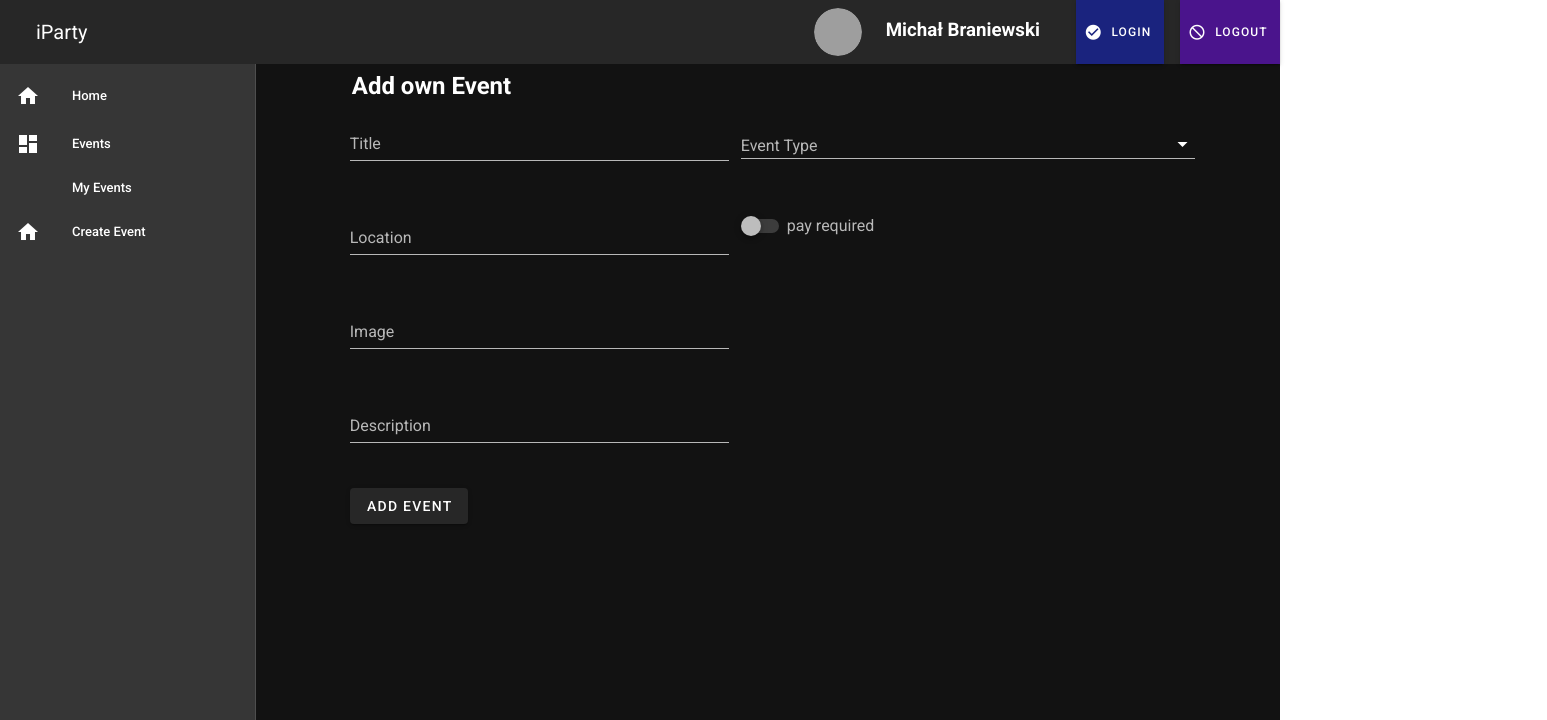
Repository: hexanek/partyapp
Page: /#/addevent
These files come from the project's save history. The page is drawn as it stood at one moment and after the next save; the edit follows.
The browser window is 1280 px wide. The page is 1547 px wide, so the pictures cover 1547 px, including what lies to the right of the window. The pictures show the whole page.
Pictures or frames that could not be fetched are drawn as grey boxes. The project was rebuilt for these pictures with package versions that can differ from the ones it lists, and the page was loaded fresh each time. Also part of the build but not shown: vue.config.js, src/components/Popup.vue, src/components/Gmap.vue, src/components/Home.vue.

Above is the page before, as saved 2020-01-26 15:57:41.

### public/index.html
<!DOCTYPE html>
<html lang="en">
  <head>
    <meta charset="utf-8">
    <meta http-equiv="X-UA-Compatible" content="IE=edge">
    <meta name="viewport" content="width=device-width,initial-scale=1.0">
    <link rel="icon" href="<%= BASE_URL %>favicon.ico">
    <title>party-app</title>
    <link rel="stylesheet" href="https://fonts.googleapis.com/css?family=Roboto:100,300,400,500,700,900">
    <link rel="stylesheet" href="https://cdn.jsdelivr.net/npm/@mdi/font@latest/css/materialdesignicons.min.css">
  </head>
  <body>
    <noscript>
      <strong>We're sorry but party-app doesn't work properly without JavaScript enabled. Please enable it to continue.</strong>
    </noscript>
    <div id="app"></div>
    <!-- built files will be auto injected -->
  </body>
</html>

### src/main.js
import Vue from 'vue'
import App from './App.vue'
import vuetify from './plugins/vuetify';
import store from './store'
import router from './router'

Vue.config.productionTip = false

new Vue({
  vuetify,
  store,
  router,
  render: h => h(App)
}).$mount('#app')

### src/App.vue
<template>
  <v-app>
    <navbar>
    </navbar>
    <Footer>
    </Footer>
    <router-view></router-view>
  </v-app>
</template>

<script>
import Navbar from "./components/Navbar";
import Footer from "./components/Footer";


export default {
  name: "App",

  components: {
    Navbar,
    Footer,
  },

  data: () => ({
    //
  }),
  methods: {}
};
</script>

### src/plugins/vuetify.js
import Vue from "vue";
import Vuetify from "vuetify/lib";
import VueRouter from "vue-router";
import * as VueGoogleMaps from "vue2-google-maps";

Vue.use(Vuetify);
Vue.use(VueRouter);
Vue.use(VueGoogleMaps, {
  load: {
    key: "AIzaSyB6QzBesMB_MjqmuZF1p7hpCl8gg4kMEy8",
    libraries: "places"
  }
});

export default new Vuetify({
  theme: {
    dark: true
  }
});

### src/router/index.js
import Vue from "vue";
import VueRouter from "vue-router";
import EventForm from "../components/Event/EventForm.vue";
import Home from "../components/Home.vue";

Vue.use(VueRouter);

const routes = [
  {
    path: "/",
    name: "home",
    component: Home
  },
  {
    path: "/addevent",
    name: "AddEvent",
    component: EventForm

    // route level code-splitting
    // this generates a separate chunk (about.[hash].js) for this route
    // which is lazy-loaded when the route is visited.
    //component: () => import(/* webpackChunkName: "about" */ '../views/About.vue')
  }
];

const router = new VueRouter({
  routes
});
export default router;

### src/components/Navbar.vue
<template>
    <div>
        <v-navigation-drawer
      v-model="drawer"
      app
      clipped
    >
      <v-list dense>
         <v-list-item link>
          <v-list-item-action>
            <v-icon>mdi-home</v-icon>
          </v-list-item-action>
          <v-list-item-content>
            <v-list-item-title>
              <router-link to="/" tag="span">Home</router-link></v-list-item-title>
          </v-list-item-content>
          </v-list-item>
        <v-list-item link>
          <v-list-item-action>
            <v-icon>mdi-view-dashboard</v-icon>
          </v-list-item-action>
          <v-list-item-content>
            <v-list-item-title>Events</v-list-item-title>
          </v-list-item-content>
        </v-list-item>
        <v-list-item link>
          <v-list-item-action>
            <v-icon>mdi-settings</v-icon>
          </v-list-item-action>
          <v-list-item-content>
            <v-list-item-title>My Events</v-list-item-title>
          </v-list-item-content>
        </v-list-item>
         <v-list-item link>
          <v-list-item-action>
            <v-icon>mdi-home</v-icon>
          </v-list-item-action>
          <v-list-item-content>
            <v-list-item-title>
              <router-link to="/addevent" tag="span"> Create Event</router-link>
              </v-list-item-title>
          </v-list-item-content>
        </v-list-item>
      </v-list>
    </v-navigation-drawer>
     <v-app-bar
      flat
      app
      clipped-left
    >
      <v-app-bar-nav-icon class="hidden-sm-and-up" @click.stop="drawer = !drawer" />
      <v-toolbar-title>
        <router-link to="/" tag="span" style="cursor: pointer">iParty</router-link>
        </v-toolbar-title>
      <v-spacer></v-spacer>
      <v-toolbar-items>

        <v-avatar class="ma-2">
      <img
        src="https://cdn.vuetifyjs.com/images/john.jpg"
        alt="John"
      >
    </v-avatar>
        <h3 class="ma-4">Michał Braniewski</h3>
        <v-btn small rounded class="indigo darken-4 mx-5">
          <v-icon dark left>mdi-checkbox-marked-circle</v-icon>
          Login


          </v-btn>
           <v-btn small rounded class="purple darken-4 mx-5 ml-n1 mr-n4">
          <v-icon dark left>mdi-cancel</v-icon>
          Logout


          </v-btn>
      </v-toolbar-items>


    </v-app-bar>
    </div>
</template>

<script>
export default {
  name: "Navbar",
  data: () => ({
    drawer: null
  })
};
</script>

<style lang="scss" scoped>
</style>

### src/components/Footer.vue
<template>
    <div>
        <!-- <v-footer app>
            <span>&copy; 2020</span>
        </v-footer> -->
    </div>
</template>

<script>
    export default {
        name: 'Footer',

        data: () => ({

        })
    }
</script>

<style lang="scss" scoped>

</style>

### src/components/Event/EventForm.vue
<template>
    <div class="content">
        <v-container mt-12 pt-6>
            <v-layout row>
                <v-flex xs-12 offset-sm3 center pa-2>
                    <h2>Add own Event</h2>
                </v-flex>
            </v-layout>
            <v-layout row>
                <v-flex xs-12>
                    <form>
                        <v-layout row>
                            <v-flex xs-12 offset-sm3 sm-6 col-4>
                                <v-text-field
                                name="title"
                                label="Title"
                                id="title"
                                row-height="15"
                                v-model="this.title"
                                required></v-text-field>
                            </v-flex>
                            <v-select class="select"
                                 :items="this.types"
                                  label="Event Type"
                                  name="Event-Type"
                                   dense
                                 ></v-select>
                        </v-layout>
                         <v-layout row>
                            <v-flex xs-12 offset-sm3 sm-6 col-4>
                                <v-text-field
                                name="location"
                                label="Location"
                                id="location"
                                v-model="this.location"
                                required></v-text-field>
                            </v-flex>
                            <v-switch
                                label="pay required" >
                            </v-switch>
                        </v-layout>
                         <v-layout row>
                            <v-flex xs-12 offset-sm3 sm-3 col-4>
                                <v-text-field
                                name="imageUrl"
                                label="Image"
                                required
                                id="image"
                                v-model="this.imageUrl"
                                ></v-text-field>
                            </v-flex>
                        </v-layout>
                         <v-layout row>
                            <v-flex xs-12 offset-sm3 sm-3 col-4>
                                <v-text-field
                                name="description"
                                label="Description"
                                id="description"
                                rows="2"
                                v-model="this.description"
                                required></v-text-field>
                            </v-flex>
                        </v-layout>
                        <v-layout row>
                            <v-flex xs12 offset-sm3 sm-3 col-4>
                                <v-btn>Add Event</v-btn>
                            </v-flex>
                        </v-layout>
                    </form>
                </v-flex>
            </v-layout>
        </v-container>
    </div>
</template>

<script>
export default {
  name: "EventForm",
  data: function () {
    return {
        title: '',
        location: '',
        description: '',
        imageUrl: '',
        types: ['Wydarzenie', 'Klub', 'Lokal', 'Plener', 'Koncert'],

    }
  }
};
</script>

<style lang="scss" scoped>
.content {
  justify-content: center;
}
.select {
    padding-top: 28px;
    padding-right: 50px;
}
</style>

Loaded but not shown: src/store/index.js (common file)

After the next save:
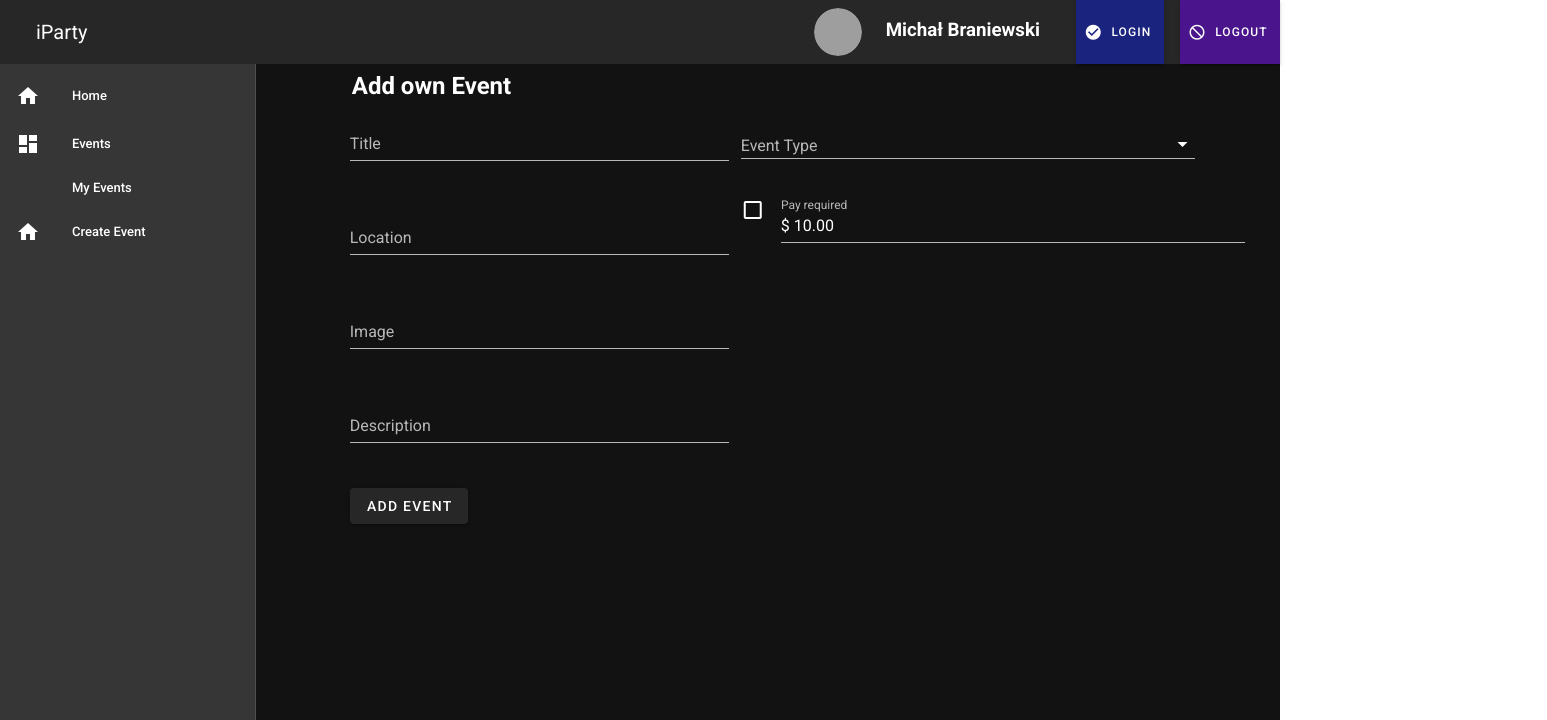
Saved 4 min 57 s later.
--- a/src/components/Event/EventForm.vue
+++ b/src/components/Event/EventForm.vue
@@ -35,9 +35,15 @@
                                 v-model="this.location"
                                 required></v-text-field>
                             </v-flex>
-                            <v-switch
-                                label="pay required" >
-                            </v-switch>
+                            <v-checkbox
+                               v-model="pay"
+                                  hide-details
+                              class="shrink mr-2 mt-0"
+                               ></v-checkbox>
+                               <v-text-field
+                               prefix="$"
+                               value="10.00"
+                               label="Pay required"></v-text-field>
                         </v-layout>
                          <v-layout row>
                             <v-flex xs-12 offset-sm3 sm-3 col-4>
@@ -83,6 +89,7 @@ export default {
         description: '',
         imageUrl: '',
         types: ['Wydarzenie', 'Klub', 'Lokal', 'Plener', 'Koncert'],
+        pay: false,
 
     }
   }
